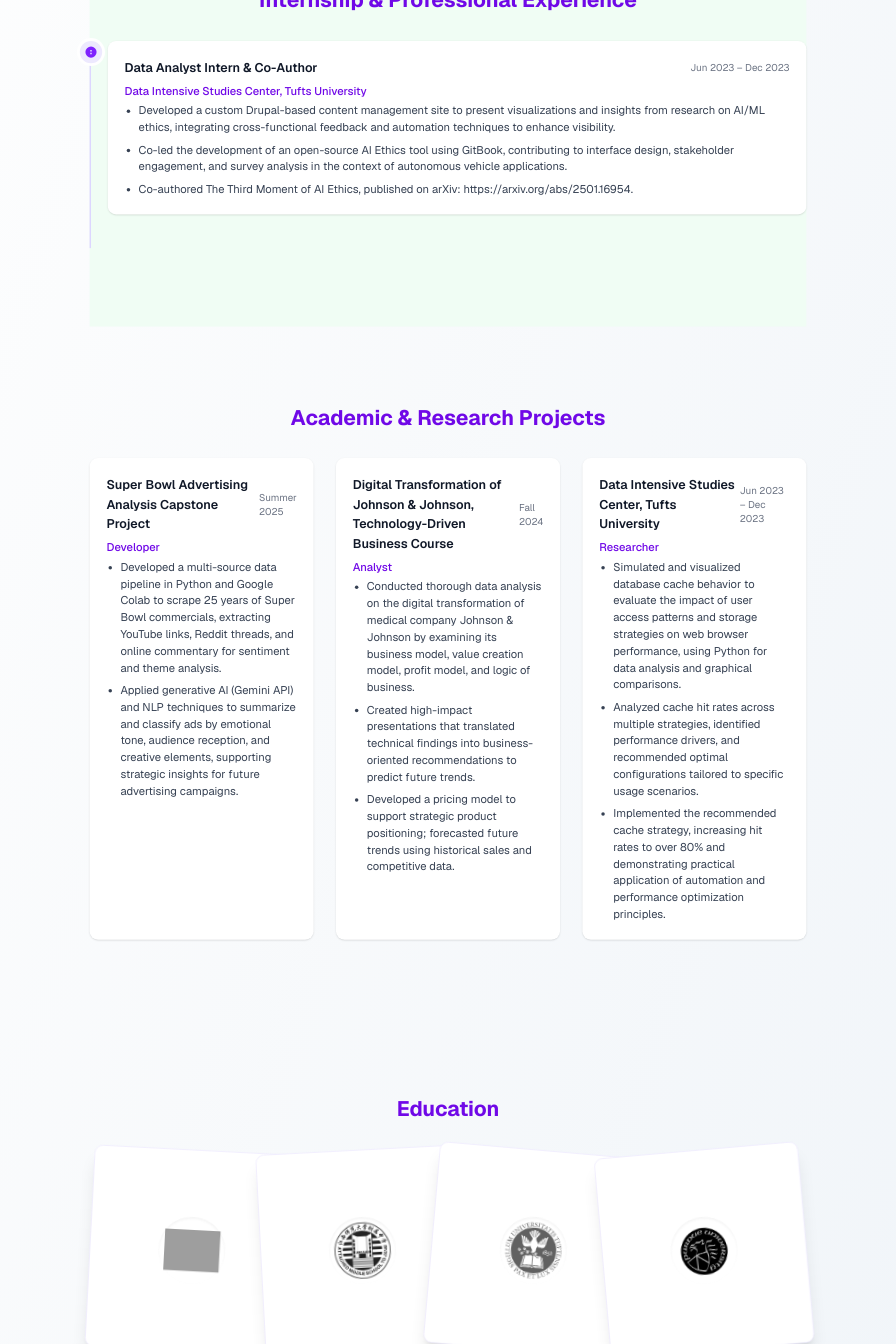
Repository: winniewyl/personal-portfolio
Page: /
The author's editor kept a copy of each file at every save. The page is drawn from the files as they stood at one save, then again after the next save.
The browser window is 1280 px wide. The pictures show the part of the page from y = 1518 to 3438 px (the page is 3765 px tall), at 70% of full size.
Pictures or frames that could not be fetched are drawn as grey boxes. The project was rebuilt for these pictures with package versions that can differ from the ones it lists, and the page was loaded fresh each time. The framework's server and built-in components were replaced by stand-ins that run in the browser. Also part of the build but not shown: next.config.ts.

Above is the page before, as saved 2025-07-29 15:15:11.

After the next save:
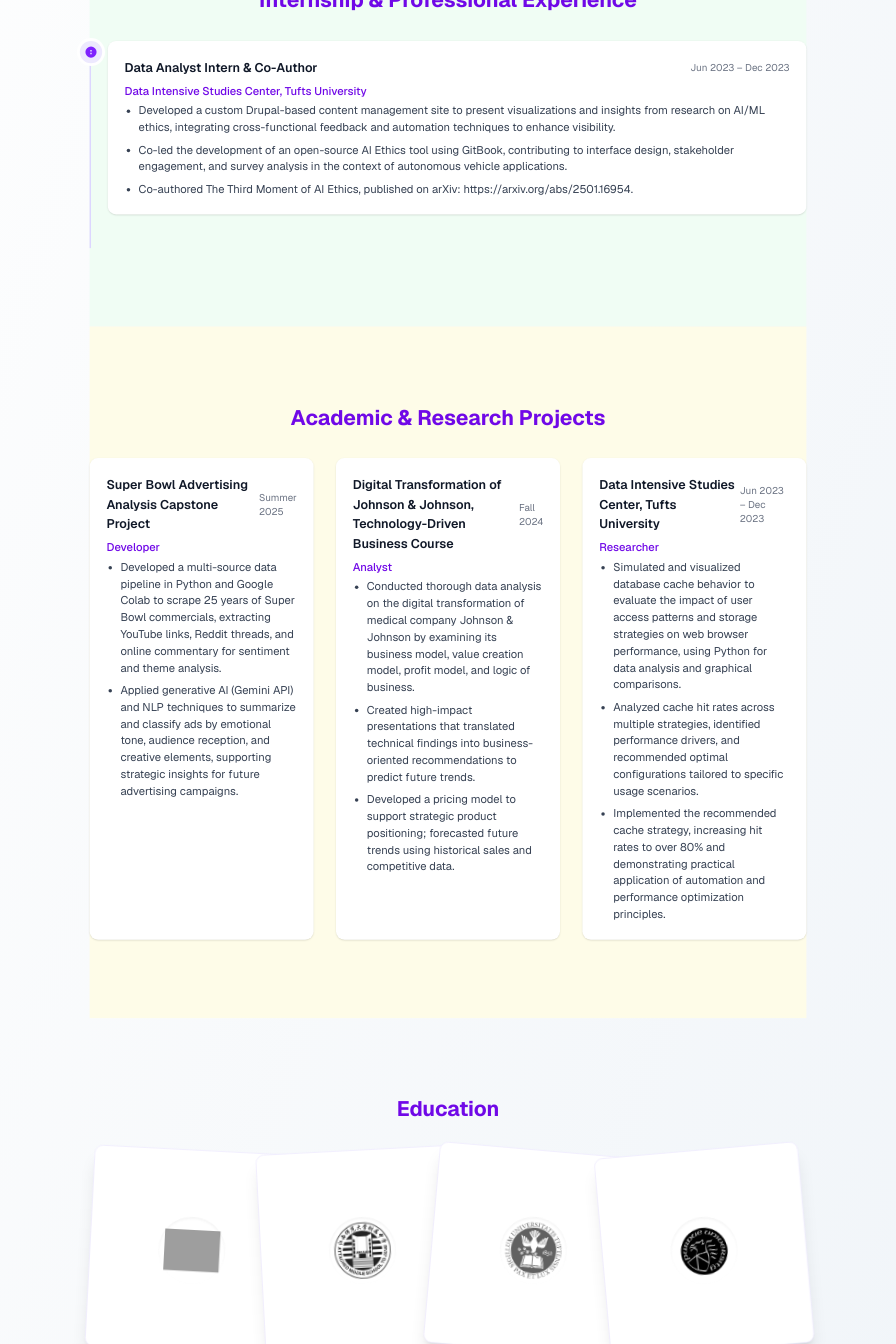
Saved 6 s later.
--- a/src/app/page.tsx
+++ b/src/app/page.tsx
@@ -152,7 +152,7 @@
         {/* Projects Section */}
         <section
           id="projects"
-          className="w-full flex flex-col items-center py-20 sm:py-28 max-w-5xl mx-auto scroll-mt-24"
+          className="w-full flex flex-col items-center py-20 sm:py-28 max-w-5xl mx-auto scroll-mt-24 bg-yellow-50 dark:bg-yellow-900/20"
         >
           <h2 className="text-3xl font-bold mb-10 text-violet-700 dark:text-violet-400">
             Academic & Research Projects
